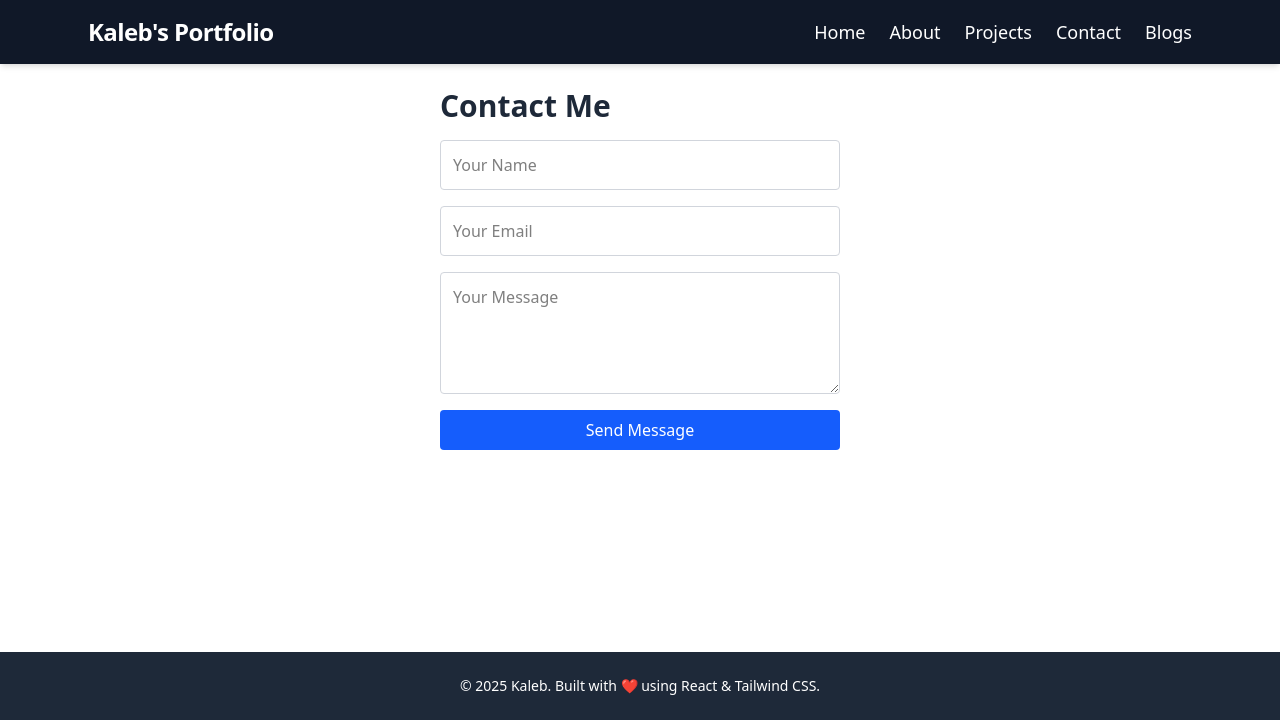
Repository: KalebMalone/portfolio-site
Page: /contact
An editor plug-in stored every save of this project. The page is shown before and after a run of saves, followed by the edit.
The browser window is 1280 px wide. The pictures show the whole page.
The project was rebuilt for these pictures with package versions that can differ from the ones it lists, and the page was loaded fresh each time. Also part of the build but not shown: vite.config.js, src/pages/Home.jsx, src/pages/About.jsx, src/pages/Projects.jsx, src/pages/Blogs.jsx.

Above is the page before, as saved 2025-04-23 17:24:30.

After the next 6 saves:
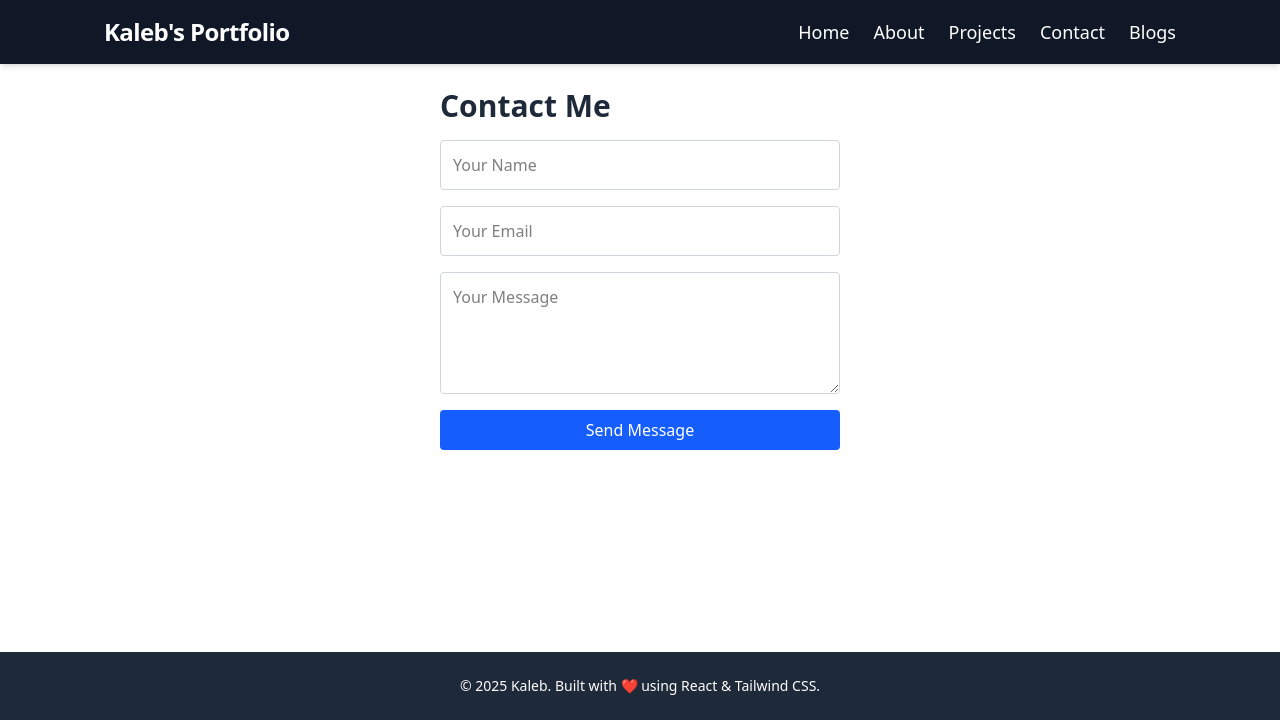
The 6 saves are shown as one change because they came seconds apart.
The last was saved 17 s later.
--- a/src/components/Header.jsx
+++ b/src/components/Header.jsx
@@ -3,7 +3,7 @@ import { Link } from 'react-router-dom';
 const Header = () => {
     return (
         <header className="bg-gray-900 text-white shadow-md py-4">
-            <nav className="max-w-6xl mx-auto flex justify-between items-center px-6">
+            <nav className="max-w-6xl mx-auto flex justify-between items-center px-10">
                 {/* Logo/Brand Name (Left-aligned) */}
                 <h1 className="text-2xl font-bold tracking-tight">Kaleb's Portfolio</h1>
 
